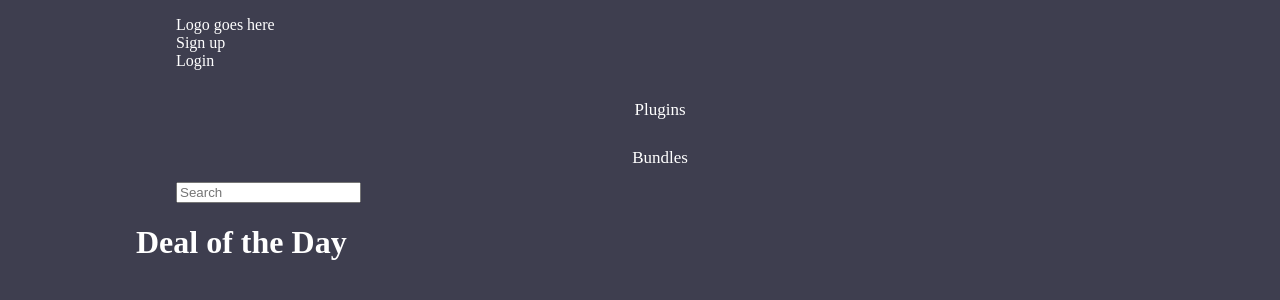
Repository: jigom11791/Wavez
Page: Wavez/Waves-Site/index.html
The author's editor kept a copy of each file at every save. The page is drawn from the files as they stood at one save, then again after the next save.
The browser window is 1280 px wide. The pictures show the whole page.

Above is the page before, as saved 2020-10-30 17:45:33.

### Wavez/Waves-Site/index.html
<!DOCTYPE html>
<html>
<head>
    <title>Waves Price Tracker</title>
    <link rel="stylesheet" href="style.css">
</head>
<body>
    <div id="container">

        <div id="header">
            <ul>
                <li class="left">Logo goes here</li>
                <li class="left">Sign up</li>
                <li class="right">Login</li>
            </ul>
        </div>
        <div id="top-nav">
            <ul id="nav-bar">
                <li class="left"><a href="#">Plugins</a></li>
                <li class="left"><a href="#">Bundles</a></li>
                <li class="right"><input type="text" placeholder="Search"></li>
            </ul>
        </div>
        <div id="content">
            <h1>Deal of the Day</h1>
        </div>

    </div>
</body>
</html>

### Wavez/Waves-Site/style.css
@import url('https://fonts.googleapis.com/css2?family=Noto+Sans&family=Noto+Sans+JP&display=swap');
@import url('https://fonts.googleapis.com/css2?family=Noto+Sans&display=swap');

body {
    background-color: #3e3e4f;
    color: white;
    font-style: "Noto sans JP", sans-serif;
    padding: 0% 10%;
}

li{
    list-style-type: none;
    margin: 0;
    padding: 0;
    overflow: hidden;
}
ul#top-nav {
    background-color: #333;
    width: 100%;
}
#nav-nar li{
    float: left;
}
#nav-bar a{
    display: block;
    color: white;
    text-align:center;
    padding: 14px 16px;
    text-decoration: none;
    font-size: 17px;
}

After the next save:
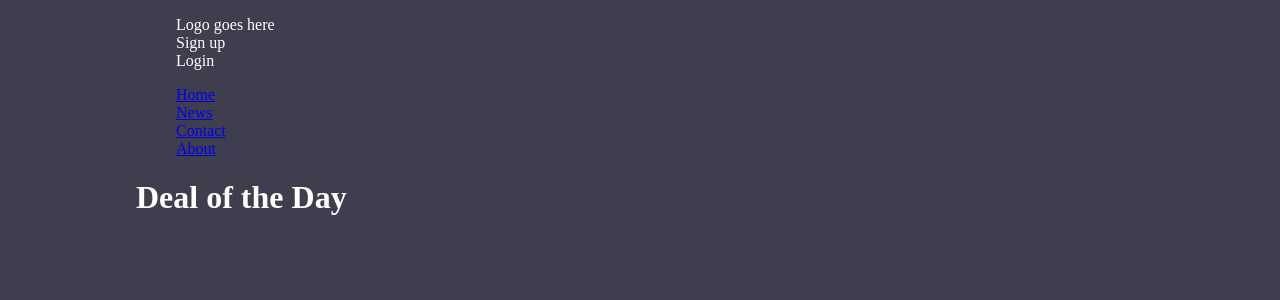
Saved 2 min 20 s later.
--- a/Wavez/Waves-Site/index.html
+++ b/Wavez/Waves-Site/index.html
@@ -15,11 +15,13 @@
             </ul>
         </div>
         <div id="top-nav">
-            <ul id="nav-bar">
-                <li class="left"><a href="#">Plugins</a></li>
-                <li class="left"><a href="#">Bundles</a></li>
-                <li class="right"><input type="text" placeholder="Search"></li>
-            </ul>
+            <ul class="topnav">
+                <li><a class="active" href="#">Home</a></li>
+                <li><a href="#">News</a></li>
+                <li><a href="#">Contact</a></li>
+                <li class="right"><a href="#">About</a></li>
+              </ul>
+
         </div>
         <div id="content">
             <h1>Deal of the Day</h1>
